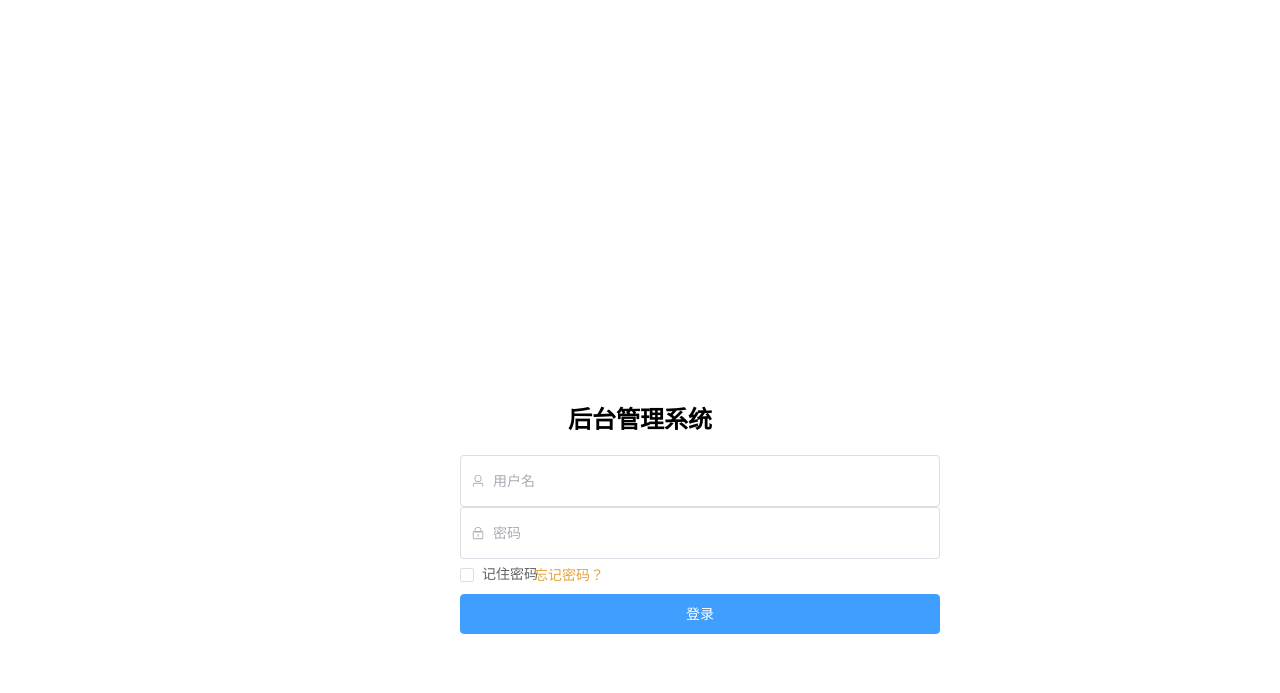
Repository: secret47/test-office-demo
Page: /
The author's editor kept a copy of each file at every save. The page is drawn from the files as they stood at one save, then again after the next save.
The browser window is 1280 px wide. The pictures show the whole page.
The project was rebuilt for these pictures with package versions that can differ from the ones it lists, and the page was loaded fresh each time. Also part of the build but not shown: vite.config.js.

Above is the page before, as saved 2024-10-28 13:44:37.

### src/main.js
import { createApp } from 'vue'
import '@/style/main.scss'
import App from './App.vue'
import router from './router'

import lang from "./local"


import ElementPlus from "element-plus";
import 'element-plus/dist/index.css'
import * as ElementPlusIconsVue from '@element-plus/icons-vue'

const app = createApp(App);

for (const [key, component] of Object.entries(ElementPlusIconsVue)) {
    app.component(key, component)
}

app.use(lang)
app.use(ElementPlus)
app.use(router)
app.mount('#app')

### src/style/main.scss
* {
    padding: 0;
    margin: 0;
}

html,
body {
    width: 100%;
    height: 100%;
    background: #ffffff;
}

#app {
    width: 100%;
    height: 100%;
}

### src/router/index.js
import { createRouter, createWebHistory } from 'vue-router'


const routes = [
    {
        path: '/',
        name: 'Login',
        component: () => import('@/views/login.vue'),
    },
    // 其他路由...
]

const router = createRouter({
    history: createWebHistory(),
    routes
})

export default router

### src/local/index.js
import { createI18n } from "vue-i18n";

import message from "./language"
const i18n = createI18n({
    locale: "zh",
    fallbackLocale: "zh",
    messages: message
})

export default i18n;

### src/views/login.vue
<template>
    <div class="login">
        <div class="header">
            <div class="logo"></div>
            <div class="language"></div>
        </div>
        <div class="loginBox">
            <div class="title">
                {{ $t('title') }}
            </div>
            <el-form :model="userInfo" label-width="120px">
                <el-form-item>
                    <el-input v-model="userInfo.username" :placeholder="$t('username')" prefix-icon="user" />
                </el-form-item>
                <el-form-item>
                    <el-input v-model="userInfo.password" :placeholder="$t('password')" type="password" show-password
                        prefix-icon="lock" />
                </el-form-item>
                <el-form-item>
                    <div class="forget">
                        <div><el-checkbox>记住密码</el-checkbox></div>
                        <div><el-link right type="warning" :underline="false">忘记密码？</el-link></div>
                    </div>
                </el-form-item>
                <el-form-item>
                    <el-button type="primary" long class="logBtn">{{ $t('login') }}</el-button>
                </el-form-item>
            </el-form>
        </div>
    </div>
</template>
<script setup>
import { reactive, ref } from 'vue'
const userInfo = reactive({
    username: "",
    password: ""
})
</script>
<style lang="scss" scoped>
.header {
    width: 100%;
    height: 80px;
    background: #ffffff;
}

.loginBox {
    width: 600px;
    /* 调整为更合理的宽度 */
    margin: 300px auto 0;
    padding: 20px;

    .title {
        font-size: 24px;
        font-weight: 700;
        text-align: center;
        margin-bottom: 20px;
    }


    .forget{
        display: flex;
        div{
            width:50%;
            flex:1;
        }
    }

    .logBtn {
        width: 100%;
        height: 40px;
    }
}

/* 使用 ::v-deep 来穿透 scoped 作用域 */
.loginBox ::v-deep .el-input__inner {
    height: 50px;
    /* 调整为更合理的高度 */
    width: 100%;
    /* 宽度设置为100%，填满父容器 */

}
</style>

### src/local/language/index.js
import zh from "./zh"
import en from "./en"

export default {
    ...en,
    ...zh
}

### src/local/language/zh.js
export default{
    zh:{
        title:"后台管理系统",
        login:"登录",
        username:"用户名",
        password:"密码",
        remember:"记住密码",
        forget:"忘记密码",
    }
}

### src/local/language/en.js
export default{
    en:{
        title:"system management"
    }
}

Loaded but not shown: index.html (common file); src/App.vue (common file)

After the next save:
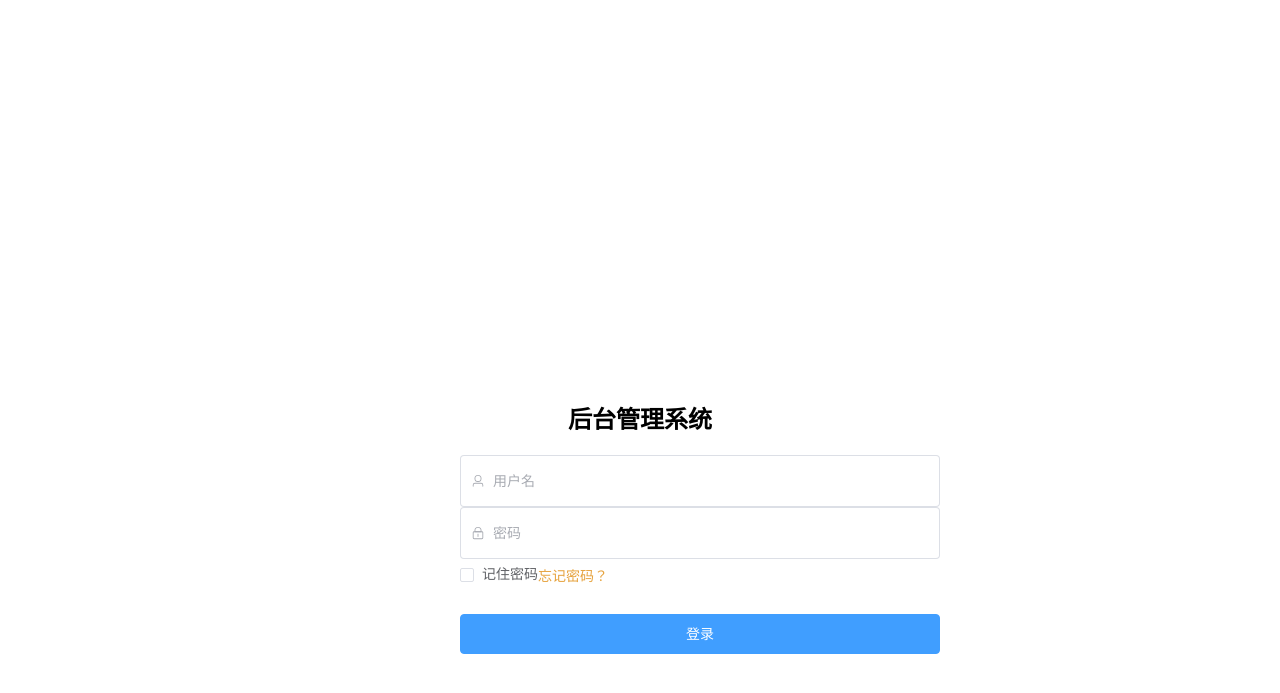
Saved 4 min 22 s later.
--- a/src/views/login.vue
+++ b/src/views/login.vue
@@ -16,10 +16,12 @@
                     <el-input v-model="userInfo.password" :placeholder="$t('password')" type="password" show-password
                         prefix-icon="lock" />
                 </el-form-item>
-                <el-form-item>
+                <el-form-item class="forget-form-item">
                     <div class="forget">
-                        <div><el-checkbox>记住密码</el-checkbox></div>
-                        <div><el-link right type="warning" :underline="false">忘记密码？</el-link></div>
+                        <el-checkbox>记住密码</el-checkbox>
+                    </div>
+                    <div class="forget-link">
+                        <el-link right type="warning" :underline="false">忘记密码？</el-link>
                     </div>
                 </el-form-item>
                 <el-form-item>
@@ -29,13 +31,15 @@
         </div>
     </div>
 </template>
+
 <script setup>
-import { reactive, ref } from 'vue'
+import { reactive } from 'vue'
 const userInfo = reactive({
     username: "",
     password: ""
 })
 </script>
+
 <style lang="scss" scoped>
 .header {
     width: 100%;
@@ -45,7 +49,6 @@ const userInfo = reactive({
 
 .loginBox {
     width: 600px;
-    /* 调整为更合理的宽度 */
     margin: 300px auto 0;
     padding: 20px;
 
@@ -56,13 +59,19 @@ const userInfo = reactive({
         margin-bottom: 20px;
     }
 
+    .forget-form-item {
+        display: flex;
+        justify-content: space-between;
+        align-items: center;
+        margin-bottom: 20px;
+    }
 
-    .forget{
-        display: flex;
-        div{
-            width:50%;
-            flex:1;
-        }
+    .forget {
+        /* 记住密码样式 */
+    }
+
+    .forget-link {
+        /* 忘记密码链接样式 */
     }
 
     .logBtn {
@@ -74,9 +83,6 @@ const userInfo = reactive({
 /* 使用 ::v-deep 来穿透 scoped 作用域 */
 .loginBox ::v-deep .el-input__inner {
     height: 50px;
-    /* 调整为更合理的高度 */
     width: 100%;
-    /* 宽度设置为100%，填满父容器 */
-
 }
 </style>
